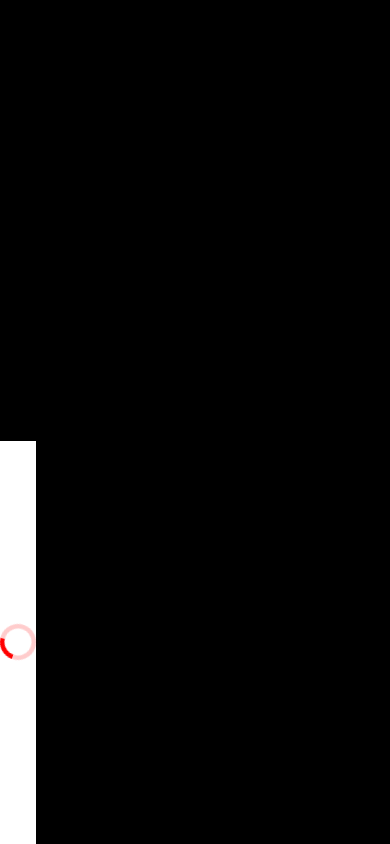
Repository: NewTurn2017/React-Native-Weather-App
Screen: /
The author's editor kept a copy of each file at every save. The screen is drawn from the files as they stood at one save, then again after the next save.
The app was drawn by React Native's web renderer in a window 390 px wide. The project was rebuilt for these pictures with package versions that can differ from the ones it lists, and the page was loaded fresh each time.

Above is the screen before, as saved 2023-04-21 13:37:47.

### App.js
import { StatusBar } from 'expo-status-bar'
import {
  View,
  Text,
  StyleSheet,
  ScrollView,
  Dimensions,
  ActivityIndicator,
} from 'react-native'
import React, { useState, useEffect } from 'react'
import * as Location from 'expo-location'
import axios from 'axios'
const today = new Date()
const MONTHS = [
  'January',
  'February',
  'March',
  'April',
  'May',
  'June',
  'July',
  'August',
  'September',
  'October',
  'November',
  'December',
]

const daysOfWeek = [
  'Sunday',
  'Monday',
  'Tuesday',
  'Wednesday',
  'Thursday',
  'Friday',
  'Saturday',
]

const { width: SCREEN_WIDTH } = Dimensions.get('window')

export default function App() {
  const [city, setCity] = useState('')
  const [temperature, setTemperature] = useState('')
  const [description, setDescription] = useState('')
  const [weatherData, setWeatherData] = useState([])
  const [loading, setLoading] = useState(true)

  useEffect(() => {
    getLocationAsync()
  }, [])

  const getLocationAsync = async () => {
    try {
      let { status } = await Location.requestForegroundPermissionsAsync()

      if (status !== 'granted') {
        console.log('Permission to access location was denied')
        return
      }

      let location = await Location.getCurrentPositionAsync({})
      let { latitude, longitude } = location.coords
      const API_KEY = '826d7a44b198cf8c95e55967b086ae22'
      setLoading(true)
      const { data } = await axios.get(
        `https://api.openweathermap.org/data/2.5/forecast?lat=${latitude}&lon=${longitude}&appid=${API_KEY}&units=metric`
      )

      const processedData = data.list.map((item) => ({
        id: item.dt,
        temperature: item.main.temp,
        description: item.weather[0].description,
        date: new Date(item.dt * 1000), // Convert unix timestamp to date object
      }))

      setCity(data.city.name)
      setWeatherData(processedData)
      setLoading(false)
    } catch (error) {
      console.log(error)
    }
  }

  return (
    <View style={styles.container}>
      <StatusBar style="light" />
      <View style={styles.city}>
        <Text style={styles.cityName}>{city}</Text>
      </View>

      <ScrollView
        pagingEnabled
        horizontal
        showsVerticalScrollIndicator={false}
        contentContainerStyle={styles.weather}
      >
        {loading ? (
          <ActivityIndicator size="large" color="red" />
        ) : (
          weatherData.map((data) => (
            <View key={data.id} style={styles.day}>
              <View style={styles.dateContainer}>
                <Text style={styles.dayOfWeek}>
                  {daysOfWeek[data.date.getDay()]}
                </Text>
                <Text style={styles.date}>
                  {MONTHS[data.date.getMonth()]} {data.date.getDate()},{' '}
                  {data.date.getFullYear()}
                </Text>
              </View>
              <Text style={styles.temp}>{data.temperature}°C</Text>
              <Text style={styles.description}>{data.description}</Text>
            </View>
          ))
        )}
      </ScrollView>
    </View>
  )
}

const styles = StyleSheet.create({
  container: {
    flex: 1,
    backgroundColor: 'black',
  },
  cityName: {
    color: 'white',
    fontSize: 68,
    fontWeight: 'bold',
  },
  city: {
    flex: 1.2,
    backgroundColor: 'black',
    alignItems: 'center',
    justifyContent: 'center',
  },
  weather: {
    backgroundColor: 'white',
    alignItems: 'center',
  },
  day: {
    width: SCREEN_WIDTH,
    alignItems: 'center',
  },
  temp: {
    color: 'black',
    fontSize: 50,
    fontWeight: 'bold',
  },
  description: {
    color: 'black',
    fontSize: 40,
    fontWeight: 'bold',
  },
  dateContainer: {
    color: 'black',
    alignItems: 'center',
    marginTop: 20,
  },
  dayOfWeek: {
    color: 'black',
    fontSize: 24,
    fontWeight: 'bold',
    textTransform: 'uppercase',
  },
  date: {
    color: 'black',
    fontSize: 24,
    fontWeight: 'bold',
  },
  loading: {
    flex: 1,
    justifyContent: 'center',
    alignItems: 'center',
  },
})

After the next save:
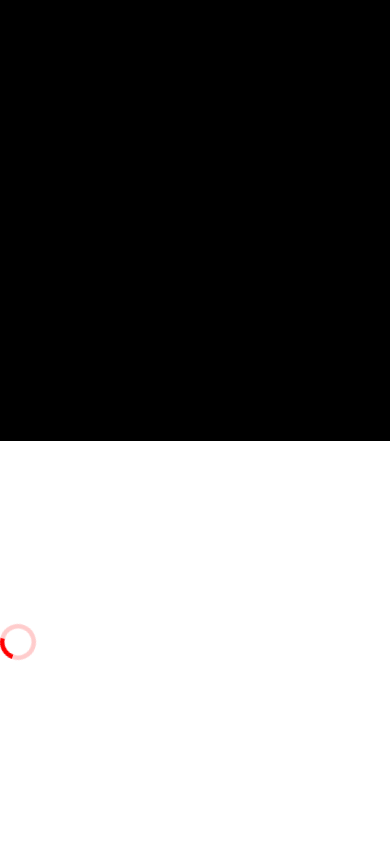
Saved 65 s later.
--- a/App.js
+++ b/App.js
@@ -92,7 +92,7 @@ export default function App() {
         pagingEnabled
         horizontal
         showsVerticalScrollIndicator={false}
-        contentContainerStyle={styles.weather}
+        contentContainerStyle={[styles.weather, { flex: 1 }]}
       >
         {loading ? (
           <ActivityIndicator size="large" color="red" />
